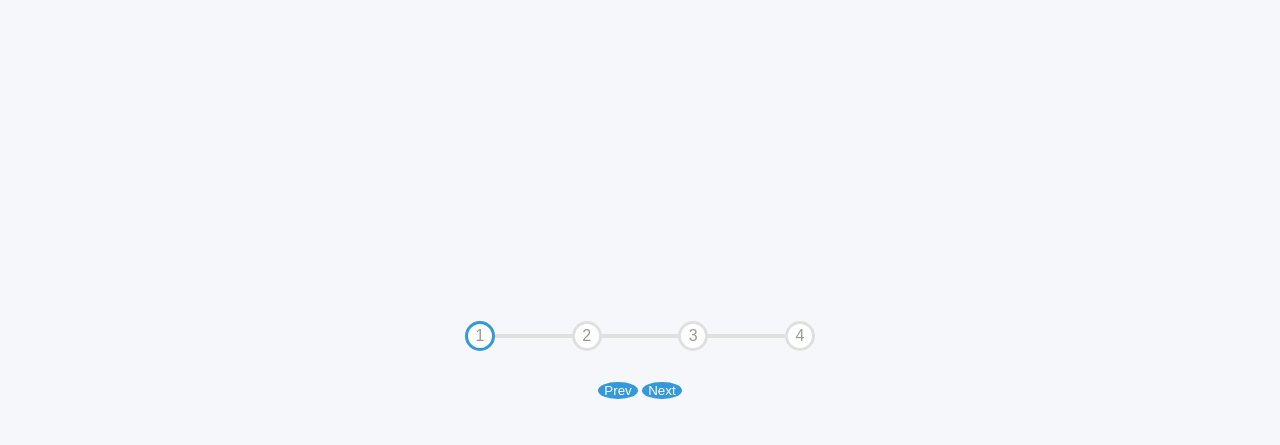
Repository: cyborgEneki/50Projects50Days
Page: progress_steps/index.html
An editor plug-in stored every save of this project. The page is shown before and after the next save, followed by the edit.
The browser window is 1280 px wide. The pictures show the whole page.
Some web fonts or font styles are not loaded; a fallback is used.

Above is the page before, as saved 2021-01-02 15:25:06.

After the next save:
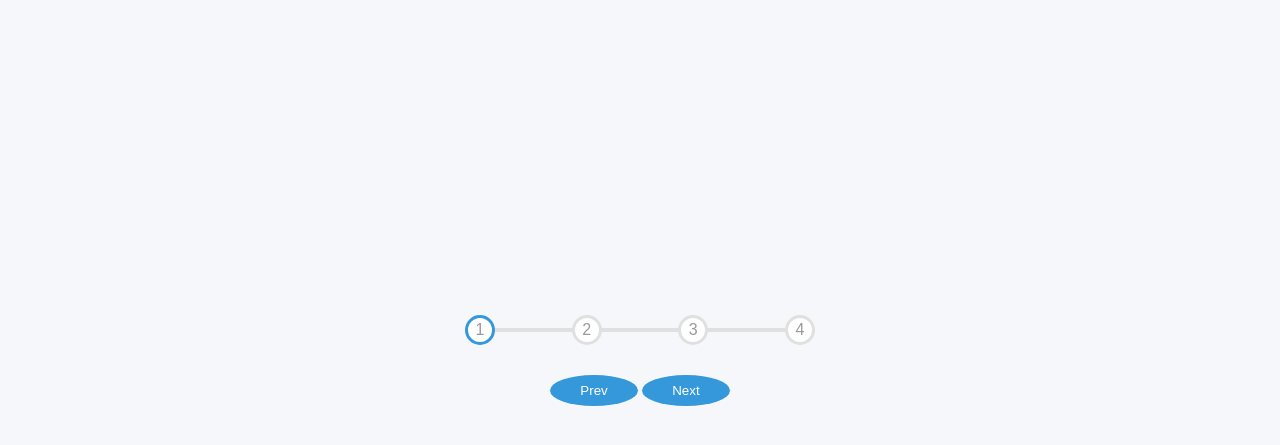
Saved 6 s later.
--- a/progress_steps/style.css
+++ b/progress_steps/style.css
@@ -81,4 +81,5 @@ body {
     border-radius: 50%;
     cursor: pointer;
     font-family: inherit;
+    padding: 8px 30px
 }
